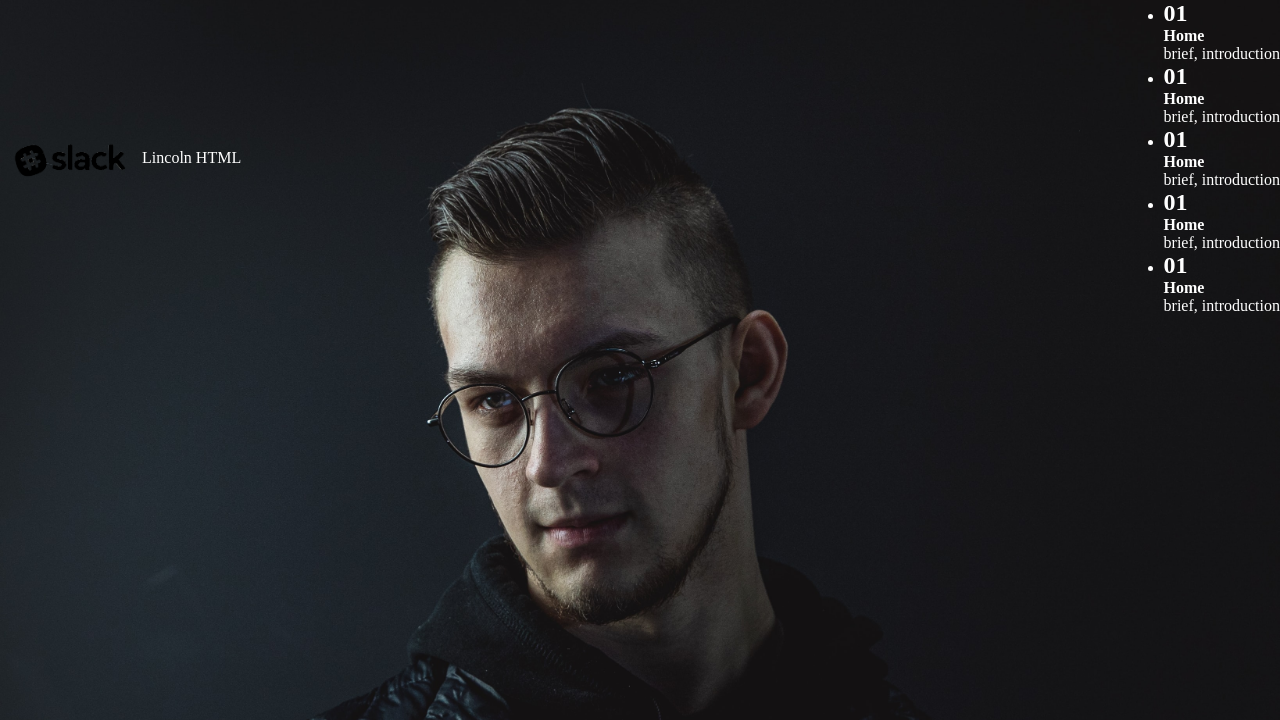
Repository: linco6054/simple-html
Page: index.html
An editor plug-in stored every save of this project. The page is shown before and after a run of saves, followed by the edit.
The browser window is 1280 px wide. The pictures show the whole page.

Above is the page before, as saved 2021-08-16 15:44:11.

### index.html
<!DOCTYPE html>
<html lang="en">
  <head>
    <meta charset="UTF-8" />
    <meta http-equiv="X-UA-Compatible" content="IE=edge" />
    <meta name="viewport" content="width=device-width, initial-scale=1.0" />
    <link rel="stylesheet" href="style.css" />
    <title>Lincoln</title>
  </head>
  <body>
    <section class="sec1">
      <nav>
        <div>
          <img src="/images/logo.png" alt="" />
          <span>Lincoln HTML</span>
        </div>

        <ul>
          <li>
            <h2>01</h2>
            <h4>Home</h4>
            <p>brief, introduction</p>
          </li>
          <li>
            <h2>01</h2>
            <h4>Home</h4>
            <p>brief, introduction</p>
          </li>
          <li>
            <h2>01</h2>
            <h4>Home</h4>
            <p>brief, introduction</p>
          </li>
          <li>
            <h2>01</h2>
            <h4>Home</h4>
            <p>brief, introduction</p>
          </li>
          <li>
            <h2>01</h2>
            <h4>Home</h4>
            <p>brief, introduction</p>
          </li>
        </ul>
      </nav>
    </section>
  </body>
</html>

### style.css
* {
  margin: 0;
  padding: 0;
}
body {
  max-width: 100%;
  height: auto;
  overflow: hidden;
  color: #fff;
}
section {
  height: 100vh;
  width: 100%;
  overflow: hidden;
}
/* ================================Sectiion 1================================== */
.sec1 {
  background-image: url("./images/bg.jpg");
  background-size: cover;
  background-repeat: no-repeat;
}
nav {
  display: flex;
  justify-content: space-between;
}
nav > div {
  flex: 2;
  justify-content: left;
  align-items: center;
  display: flex;
}
nav > div > img {
  height: 80px;
}
nav > div > sp
nav > ul {
  display: flex;
  flex: 4;
}

After the next 2 saves:
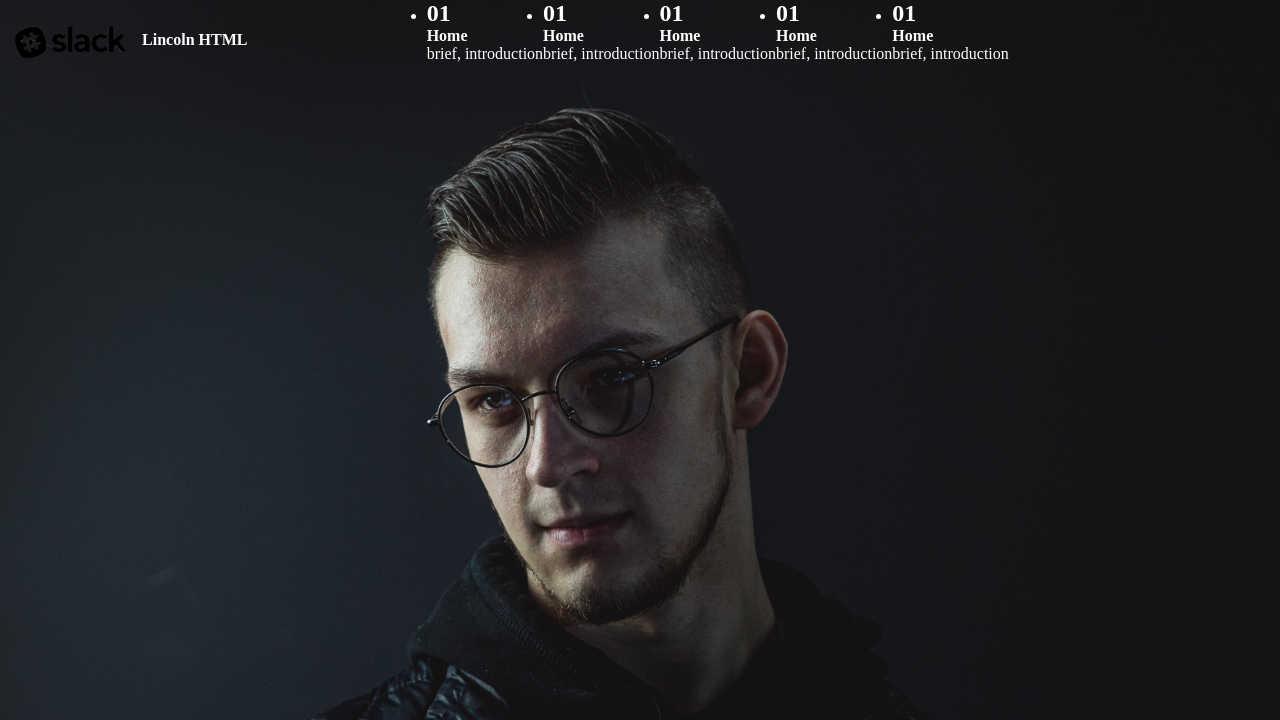
The 2 saves are shown as one change because they came seconds apart.
The last was saved 9 s later.
--- a/style.css
+++ b/style.css
@@ -32,7 +32,10 @@
 nav > div > img {
   height: 80px;
 }
-nav > div > sp
+nav > div > span{
+    font-weight: bold;
+    font
+}
 nav > ul {
   display: flex;
   flex: 4;
